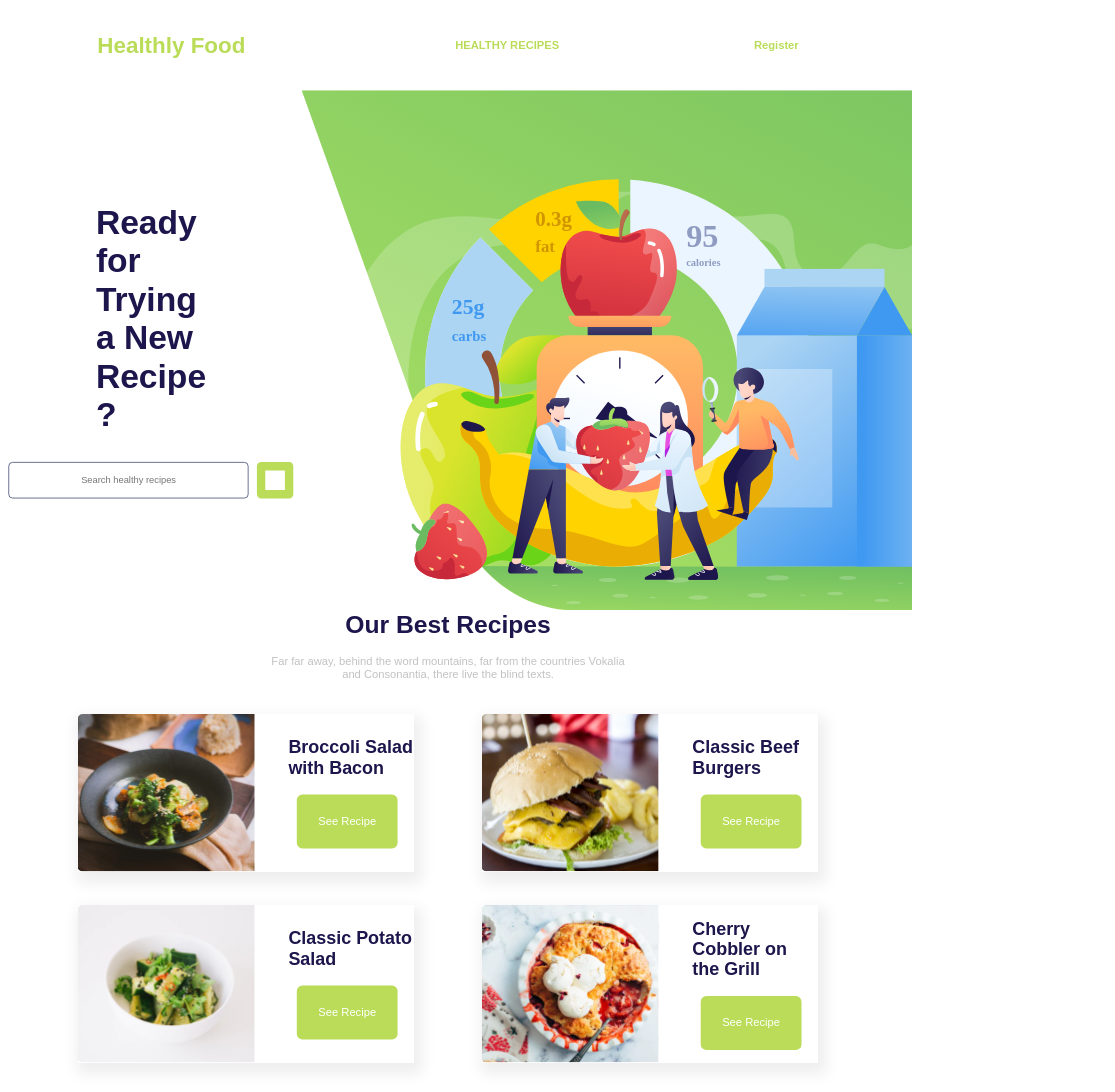
Repository: LuccaCasalecchi/HealthyFood
Page: /
The author's editor kept a copy of each file at every save. The page is drawn from the files as they stood at one save, then again after the next save.
The browser window is 1280 px wide. The page is 1303 px wide, then 1593 px, so the pictures cover 1593 px, including what lies to the right of the window. The pictures show the part of the page from y = 0 to 1560 px (the page is 2393 px tall before and 2430 px after), at 70% of full size.
The project was rebuilt for these pictures with package versions that can differ from the ones it lists, and the page was loaded fresh each time.

Above is the page before, as saved 2021-08-18 21:07:29.

After the next save:
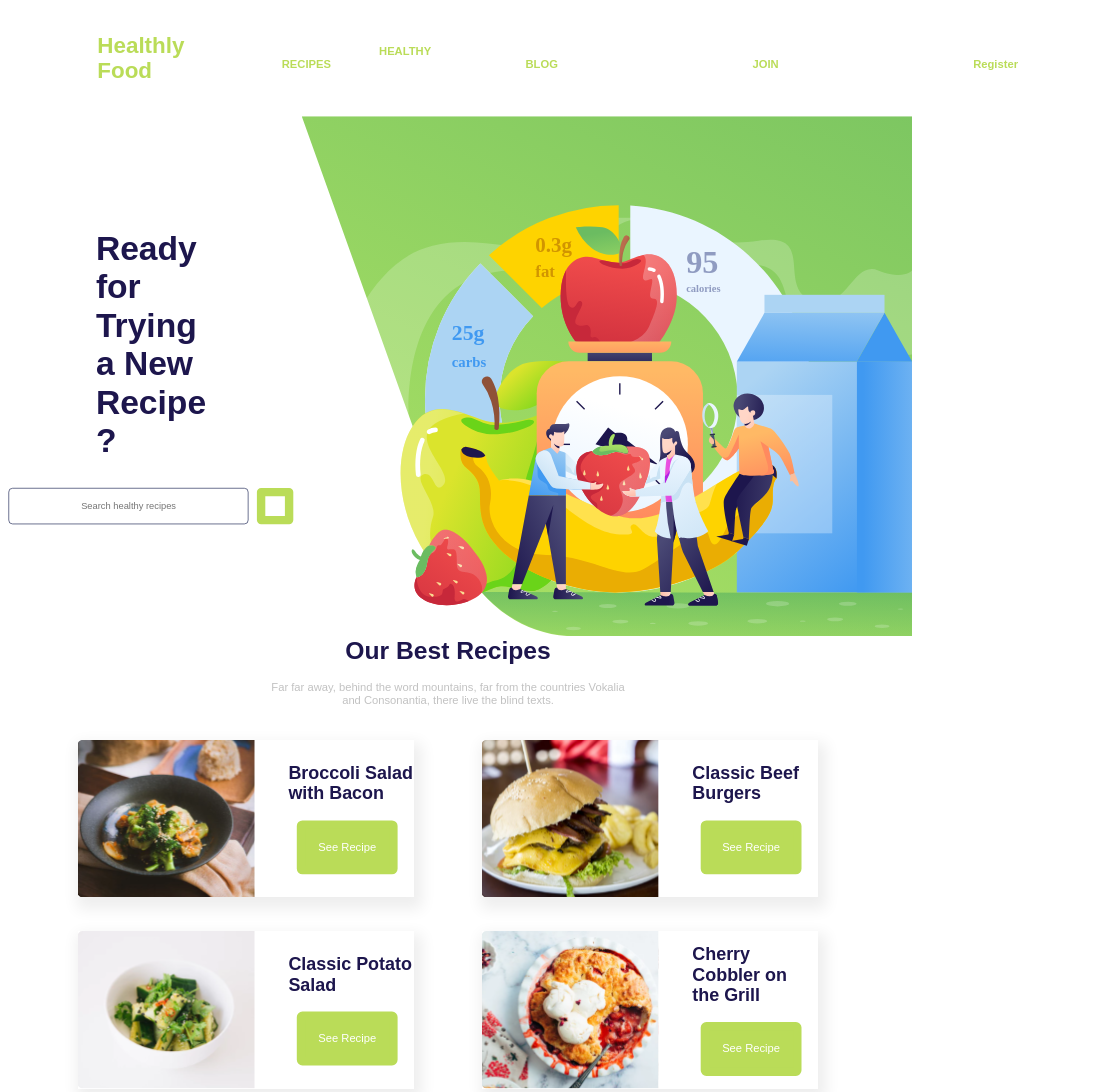
Saved 60 s later.
--- a/src/components/Header/Header.jsx
+++ b/src/components/Header/Header.jsx
@@ -7,6 +7,8 @@ export default function Header() {
         <a href="#" className="logo">Healthly Food</a>
         <div className="header-subtitles">
           <a href="#" className="register">HEALTHY RECIPES</a>
+          <a href="#" className="register">BLOG</a>
+          <a href="#" className="register">JOIN</a>
           <a href="#" className="register">Register</a>
         </div>
 
